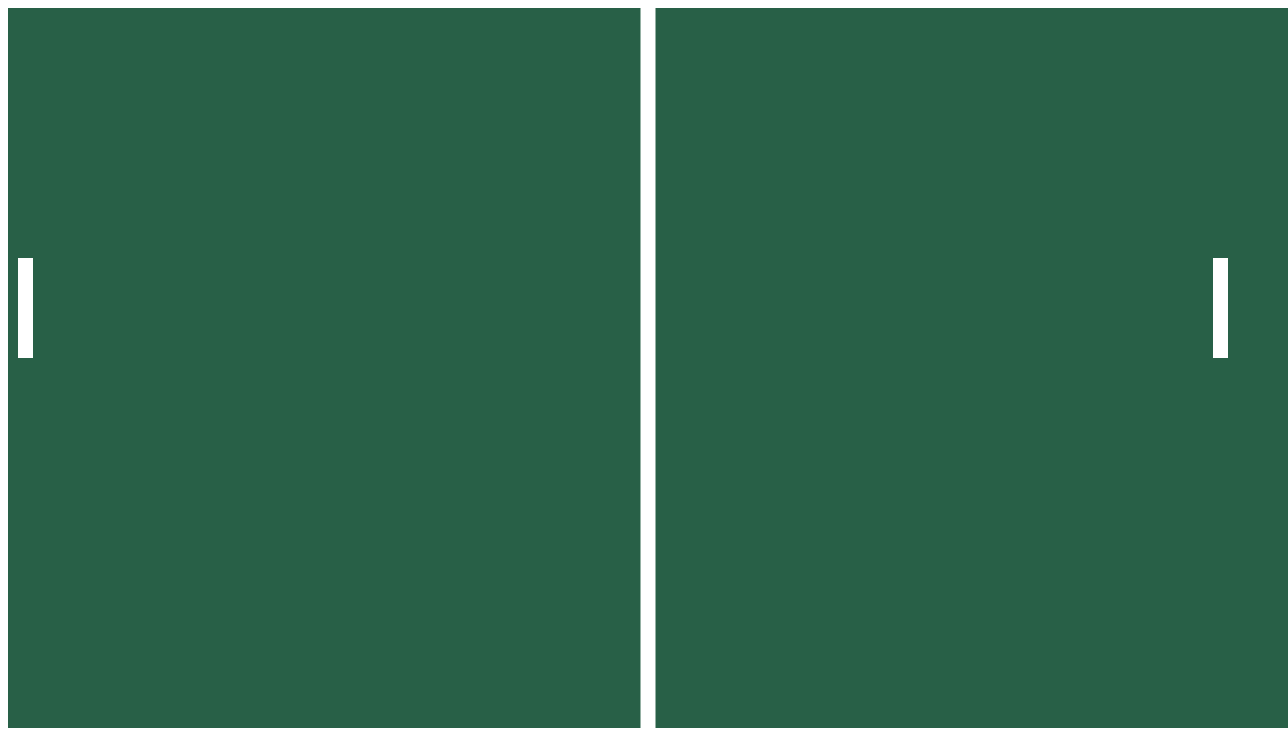
Repository: luizgaivaa/Game
Page: index.html
These files come from the project's save history. The page is drawn as it stood at one moment and after a run of saves; the edit follows.
The browser window is 1280 px wide. The page is 1288 px wide, so the pictures cover 1288 px, including what lies to the right of the window. The pictures show the whole page.

Above is the page before, as saved 2024-03-26 16:06:07.

### index.html
<!DOCTYPE html>
<html lang="en">
<head>
    <meta charset="UTF-8">
    <meta name="viewport" content="width=device-width, initial-scale=1.0">
    <title>Ping_pong</title>
</head>
<body>
    <canvas></canvas>
        <script>
               const canvasEl = document.querySelector("canvas")
        const canvasCtx = canvasEl.getContext("2d")

        const lineWidth = 15
        function setup(){
            canvasEl.width = canvasCtx.width = window.innerWidth
            canvasEl.height = canvasCtx.height = window.innerHeight
        }

        function draw (){
            canvasCtx.fillStyle = "#286047"
            canvasCtx.fillRect(0,0, window.innerWidth, window.innerHeight)

            canvasCtx.fillStyle = "#ffffff"
            const x= window.innerWidth /2 - lineWidth /2
            const y = 0
            const w = lineWidth
            const h = window.innerHeight

            canvasCtx.fillRect(x,y,w,h)
            //raquete esquerda
            canvasCtx.fillRect(10,250,lineWidth,100)

            //raquete direita
            canvasCtx.fillRect(window.innerHeight - lineWidth - -500, 250, lineWidth, 100)

        }
        setup()
        draw()
        </script>


</body>
</html>

After the next 5 saves:
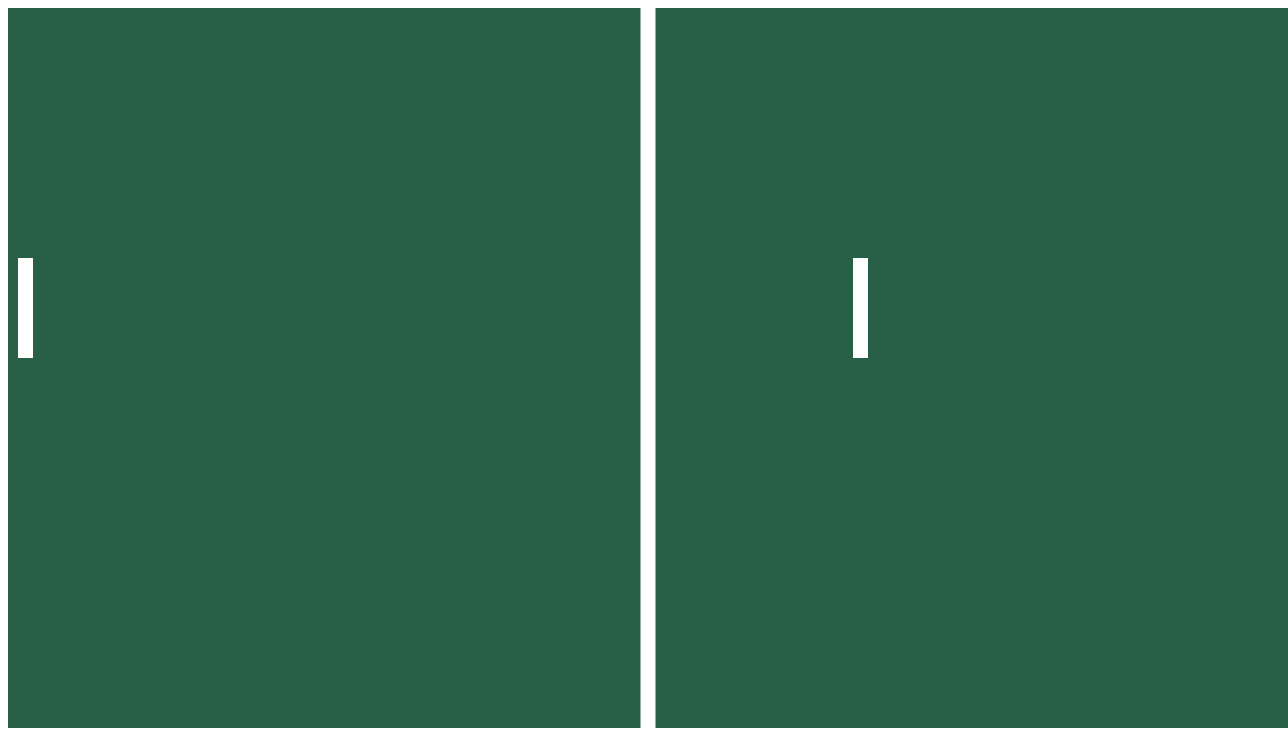
The 5 saves are shown as one change because they came seconds apart.
The last was saved 13 s later.
--- a/index.html
+++ b/index.html
@@ -32,7 +32,7 @@
             canvasCtx.fillRect(10,250,lineWidth,100)
 
             //raquete direita
-            canvasCtx.fillRect(window.innerHeight - lineWidth - -500, 250, lineWidth, 100)
+            canvasCtx.fillRect(window.innerHeight - lineWidth - -140, 250, lineWidth, 100)
 
         }
         setup()
